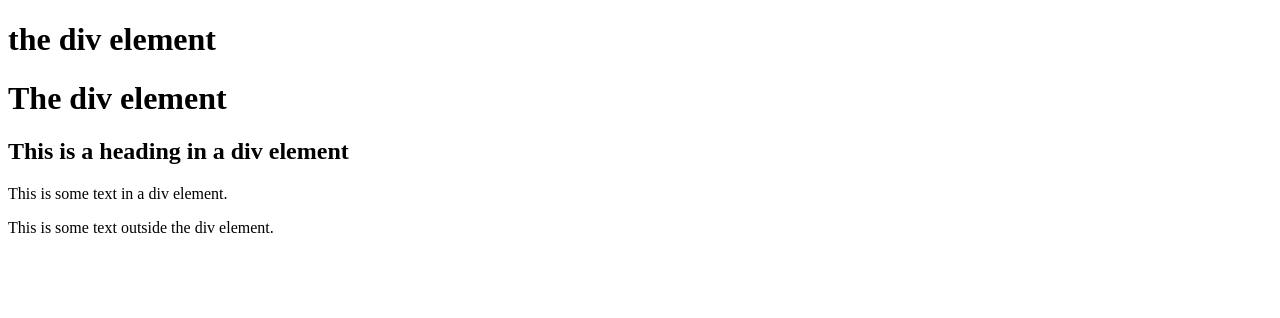
Repository: Fariaddd/codefactor-stylesheet
Page: index.html
These files come from the project's save history. The page is drawn as it stood at one moment and after the next save; the edit follows.
The browser window is 1280 px wide. The pictures show the whole page.

Above is the page before, as saved 2021-11-17 19:39:52.

### index.html
<!DOCTYPE html>
<html lang="en">
  <head>
    <meta charset="UTF-8" />
    <meta http-equiv="X-UA-Compatible" content="IE=edge" />
    <meta name="viewport" content="width=device-width, initial-scale=1.0" />
    <title>Document</title>
    <link rel="stylesheet" href="./styles/styles.css" />
  </head>
  <body>
    <h1> the div element</h1>


<h1>The div element</h1>

<div class="myDiv">
  <h2>This is a heading in a div element</h2>
  <p>This is some text in a div element.</p>
</div>

<p>This is some text outside the div element.</p>


    </nav>
  </body>
</html>

### styles/styles.css
.myDiv {
  border: 5px;
}

After the next save:
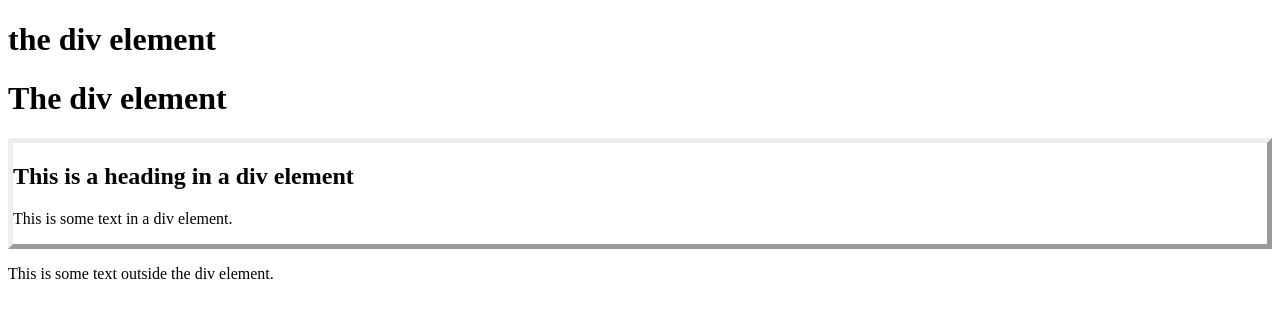
Saved 5 s later.
--- a/styles/styles.css
+++ b/styles/styles.css
@@ -1,3 +1,3 @@
 .myDiv {
-  border: 5px;
+  border: 5px outset;
 }
